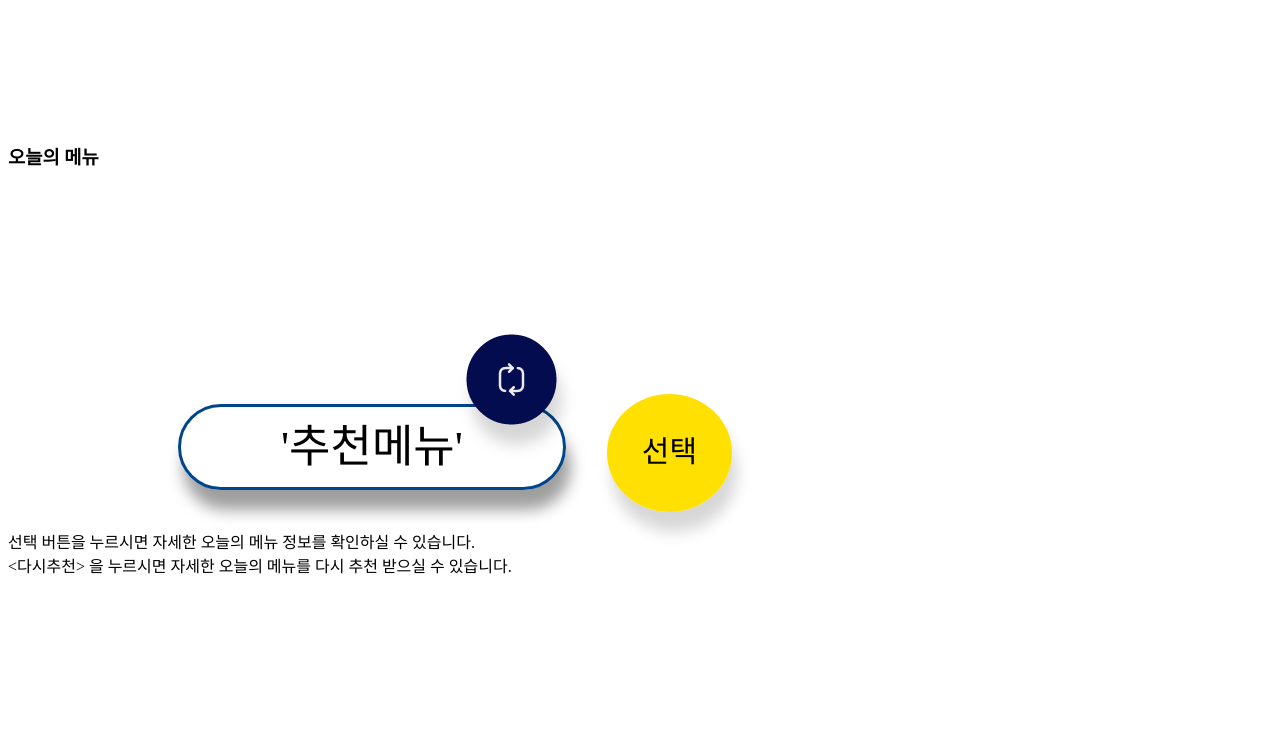
Repository: hkh00700/JustDoEat_Web
Page: http://localhost/justdoeat/WEB-INF/views/home.jsp
These files come from the project's save history. The page is drawn as it stood at one moment and after the next save; the edit follows.
The browser window is 1280 px wide. The pictures show the whole page.
The page is served by Tomcat 9. Nobody is signed in. The template is opened directly, without the code that normally fills it, so the values that code supplies are empty.

Above is the page before, as saved 2021-05-18 03:09:22.

After the next save:
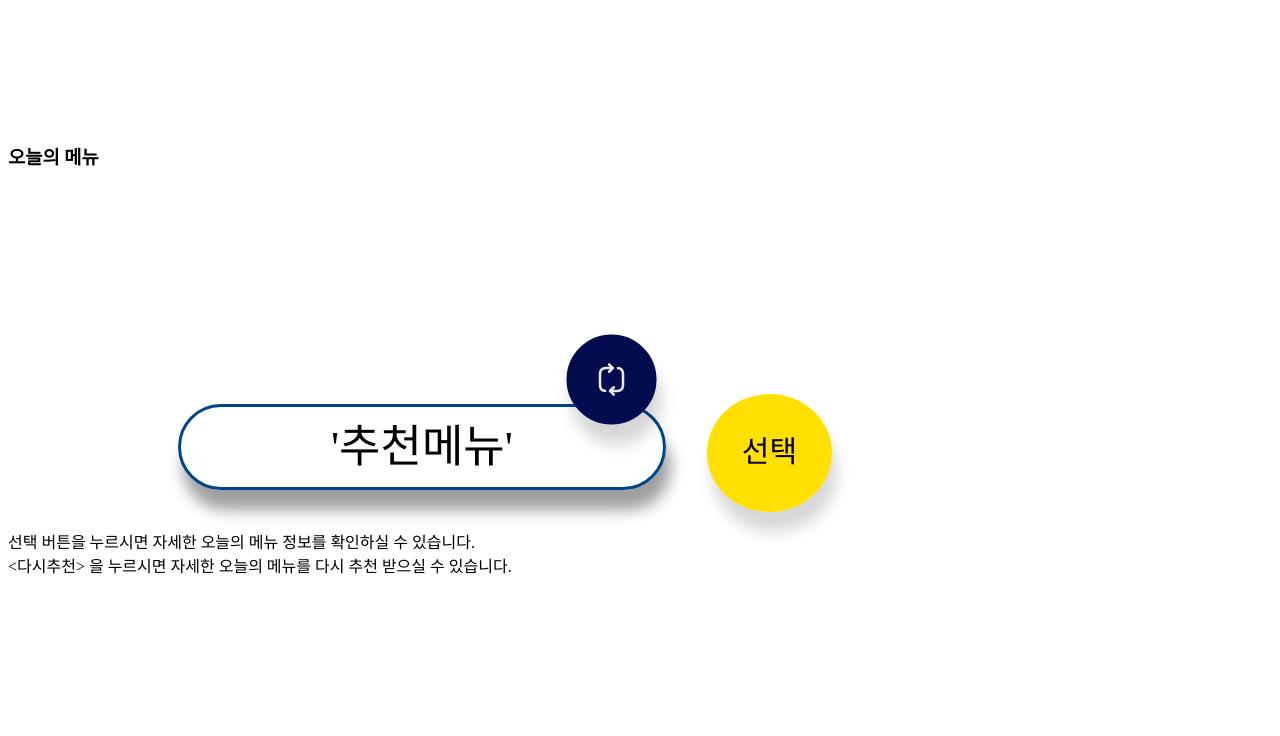
Saved 46 s later.
--- a/justdoeat/src/main/webapp/WEB-INF/views/home.jsp
+++ b/justdoeat/src/main/webapp/WEB-INF/views/home.jsp
@@ -17,7 +17,7 @@
 width: 650px;
 height: 120px;
 margin: 40px 23px 42px 30px;
-padding: 15px 100px 15px 100px;
+padding: 15px 150px 15px 150px;
 border-radius: 60px;
 box-shadow: 5px 20px 15px 0 rgba(0, 0, 0, 0.38);
 border: solid 3px #00458a;
